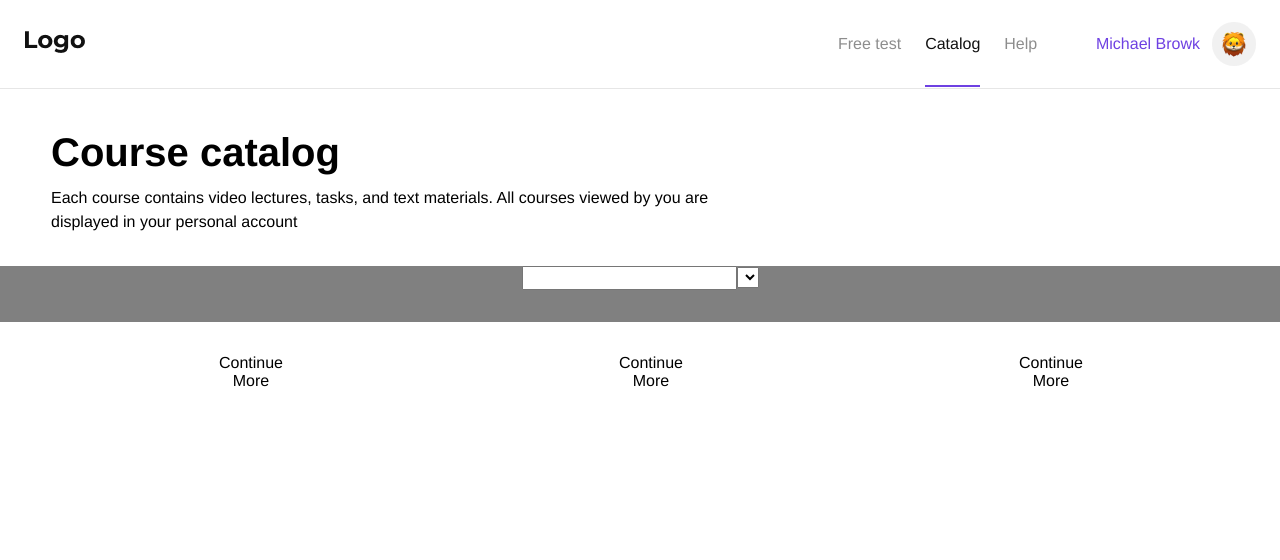
Repository: skydevil1604/vue-test-app
Page: /#/main-page
The author's editor kept a copy of each file at every save. The page is drawn from the files as they stood at one save, then again after the next save.
The browser window is 1280 px wide. The pictures show the whole page.
The project was rebuilt for these pictures with package versions that can differ from the ones it lists, and the page was loaded fresh each time. Also part of the build but not shown: src/components/Tabs.vue, src/components/Tab.vue, src/components/Login.vue, src/components/Registration.vue, src/components/AuthenticationForm.vue.

Above is the page before, as saved 2020-04-06 20:29:37.

### public/index.html
<!DOCTYPE html>
<html lang="en">
  <head>
    <meta charset="utf-8">
    <meta http-equiv="X-UA-Compatible" content="IE=edge">
    <meta name="viewport" content="width=device-width,initial-scale=1.0">
    <link rel="icon" href="<%= BASE_URL %>favicon.ico">
    <link rel="stylesheet" href="../src/assets/normalize.css">
    <title><%= htmlWebpackPlugin.options.title %></title>
  </head>
  <body style="margin:0 auto;">
    <noscript>
      <strong>We're sorry but <%= htmlWebpackPlugin.options.title %> doesn't work properly without JavaScript enabled. Please enable it to continue.</strong>
    </noscript>
    <div id="app"></div>
    <!-- built files will be auto injected -->
  </body>
</html>

### src/main.js
import Vue from 'vue'
import App from './App.vue'
import VueRouter from 'vue-router'
import router from './router';

Vue.config.productionTip = false;
Vue.use(VueRouter)

new Vue({
  render: h => h(App),
  router
}).$mount('#app');

### src/App.vue
<template>
  <div id="app">
    <router-view>
      <AuthenticationForm />
    </router-view>
  </div>
</template>

<script>
import AuthenticationForm from './components/AuthenticationForm';

export default {
  name: 'App',
  components: {
    AuthenticationForm
  }
}
</script>

<style>
#app {
  font-family: Avenir, Helvetica, Arial, sans-serif;
  -webkit-font-smoothing: antialiased;
  -moz-osx-font-smoothing: grayscale;
  text-align: center;
  display: flex;
  height: 100vh;
}
</style>

### src/router/index.js
import Vue                        from 'vue';
import VueRouter                     from 'vue-router';
import MainPageComponent          from '@/components/MainPage';
import AuthenticationForm         from '@/components/AuthenticationForm';

Vue.use(VueRouter);

const router = new VueRouter({
    routes: [

      {
        path: '/main-page',
        name: 'mainPage',
        component: MainPageComponent,
      },
      {
        path: '/',
        name: 'authenticationForm',
        component: AuthenticationForm,
      },
    ]
  });

export default router;

### src/components/MainPage.vue
<template>
    <div class="main-page">
        <header class="header">
            <a class="logo" href="#">
                <img src="../assets/logo.png" alt="logo">
            </a>
            <nav class="navigation">
                <ul class="navigation__list">
                    <li class="navigation__item">
                        <a class="navigation__link" href="#">Free test</a>
                    </li>
                    <li class="navigation__item">
                        <a class="navigation__link navigation__link--active" href="#">Catalog</a>
                    </li>
                    <li class="navigation__item">
                        <a class="navigation__link" href="#">Help</a>
                    </li>
                </ul>
                <div class="navigation__profile">
                    <span class="navigation__user-name">Michael Browk</span>
                    <img class="navigation__user-photo" src="../assets/Lion.png" alt="">
                </div>
            </nav>
        </header>

        <section class="info">
            <h1 class="info__heading">Course catalog</h1>
            <p class="info__description">
                Each course contains video lectures, tasks, and text materials. All courses viewed by you are displayed in your personal account
            </p>
        </section>

        <section class="main-filter">
            <input type="search" name="search" id="search">
            <select name="" id=""></select>
        </section>

        <section class="main-content">
            <div class="post">
                <div class="post__header"></div>
                <div class="post__title"></div>
                <div class="post__info"></div>
                <div class="post__button-wrapper">
                    <div class="post__button post__button--main">Continue</div>
                    <div class="post__button post__button--secondary">More</div>
                </div>
            </div>
            <div class="post">
                <div class="post__header"></div>
                <div class="post__title"></div>
                <div class="post__info"></div>
                <div class="post__button-wrapper">
                    <div class="post__button post__button--main">Continue</div>
                    <div class="post__button post__button--secondary">More</div>
                </div>
            </div>
            <div class="post">
                <div class="post__header"></div>
                <div class="post__title"></div>
                <div class="post__info"></div>
                <div class="post__button-wrapper">
                    <div class="post__button post__button--main">Continue</div>
                    <div class="post__button post__button--secondary">More</div>
                </div>
            </div>
        </section>
    </div>
</template>

<script>

export default {
    name: 'MainPageComponent',
}
</script>

<style lang="scss">
    .main-page {
        max-width: 1366px;
        width: 100%;
        margin: 0 auto;
    }

    .header {
        padding-top: 22px;
        padding-bottom: 22px;
        padding-left: 24px;
        padding-right: 24px;
        display: flex;
        justify-content: space-between;
        align-items: center;
        box-shadow: 0px 1px 0px rgba(17, 17, 17, 0.1);
    }

    .navigation {
        display: flex;
        align-items: center;
        width: 418px;
        justify-content: space-between;

            &__list {
                list-style: none;
                display: flex;
                padding: 0;
                margin: 0;

                  &:last-child {
                    margin-right: 0;
                }
            }

            &__item {
                margin-right: 24px;
                font-size: 16px;
                color: rgba(17, 17, 17, 0.48);

                    &:hover {
                        color: #111111;
                    }
            }

            &__link {
                text-decoration: none;
                font-style: normal;
                font-weight: normal;
                font-size: inherit;
                color: inherit;
                line-height: 24px;
                padding-bottom: 35px;
                    &--active {
                        border-top-width: 6px;
                        color: #111111;
                        box-shadow: inset 0px -2px 0px #6E41E2;
                    }
            }

            &__profile {
                display: flex;
                align-items: center;
                justify-content: space-between;
            }

            &__user-name {
                font-style: normal;
                font-weight: normal;
                font-size: 16px;
                line-height: 24px;
                color: #6E41E2;
                margin-right: 12px;
            }
    }

    .info {
        text-align: left;
        padding-top: 40px;
        padding-left: 51px;
        padding-bottom: 32px;
        max-width: 724px;

            &__heading {
                font-style: normal;
                font-weight: bold;
                font-size: 40px;
                line-height: 48px;
                margin:0;
                margin-bottom: 10px;
            }

            &__description {
                font-style: normal;
                font-weight: normal;
                font-size: 16px;
                line-height: 24px;
                margin:0;
            }
    }

    .main-filter {
        height: 56px;
        background-color: grey;
        padding-left: 51px;
        padding-right: 51px;
    }

    .main-content {
        padding-left: 51px;
        padding-right: 51px;
        display: flex;
        justify-content: space-between;
        padding-top: 32px;
    }

    .post {
        min-width: 400px;
        height: 347px;
        border-radius: 8px;

            &__header {
                background-color: linear-gradient(180deg, rgba(17, 17, 17, 0.4) 0%, rgba(17, 17, 17, 0.72) 93.75%);
                background-image: url('../assets/first-post-image.jpg');
            }
    }
</style>

Loaded but not shown: src/assets/normalize.css (library)

After the next save:
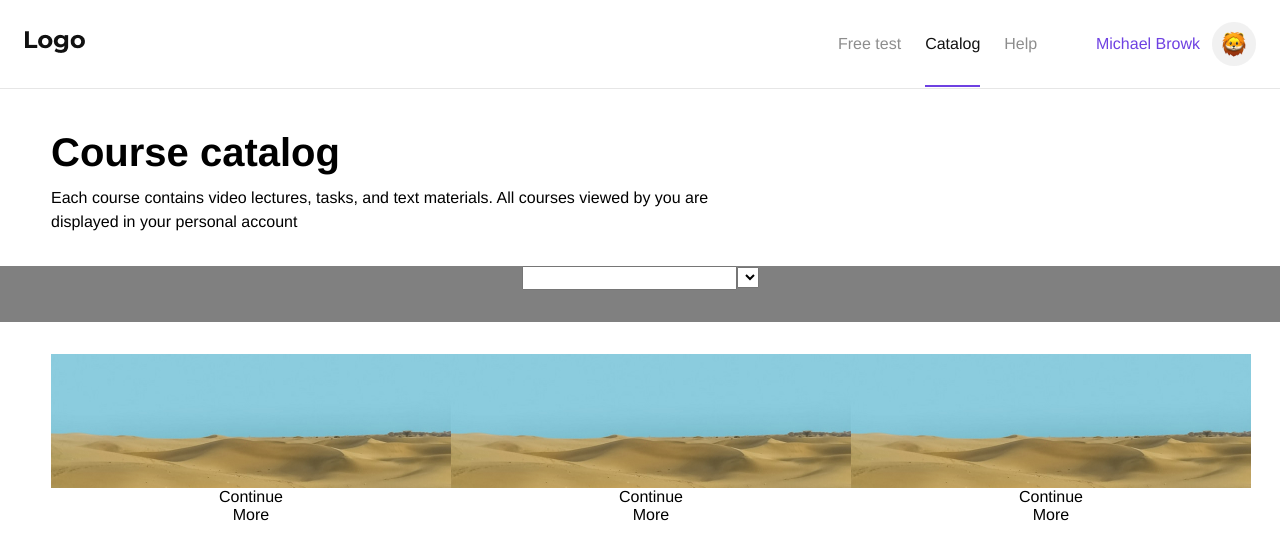
Saved 35 s later.
--- a/src/components/MainPage.vue
+++ b/src/components/MainPage.vue
@@ -196,6 +196,7 @@ export default {
         border-radius: 8px;
 
             &__header {
+                height: 134px;
                 background-color: linear-gradient(180deg, rgba(17, 17, 17, 0.4) 0%, rgba(17, 17, 17, 0.72) 93.75%);
                 background-image: url('../assets/first-post-image.jpg');
             }
